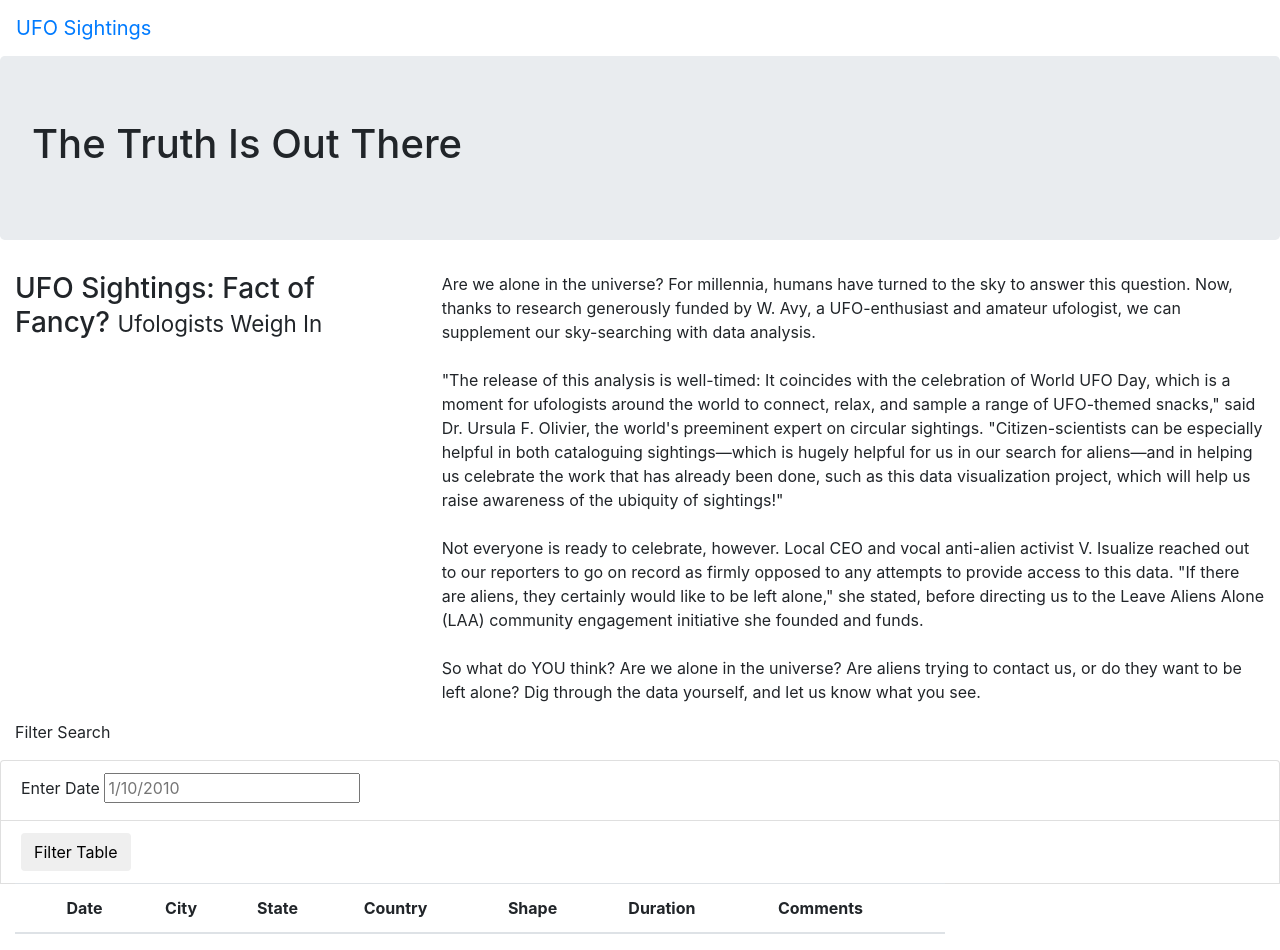
Repository: PaddyHQ/UFOs
Page: index.html
These files come from the project's save history. The page is drawn as it stood at one moment and after the next save; the edit follows.
The browser window is 1280 px wide. The pictures show the whole page.

Above is the page before, as saved 2022-02-02 21:30:07.

### index.html
<!DOCTYPE html>
<html lang="en">
<head>

    <meta charset="UTF-8">
    <meta http-equiv="X-UA-Compatible" content="IE=edge">
    <meta name="viewport" content="width=device-width, initial-scale=1.0">
    <title>Document</title>
    <link
      rel="stylesheet"
      href="https://maxcdn.bootstrapcdn.com/bootstrap/4.0.0/css/bootstrap.min.css"
      integrity="sha384-Gn5384xqQ1aoWXA+058RXPxPg6fy4IWvTNh0E263XmFcJlSAwiGgFAW/dAiS6JXm"
      crossorigin="anonymous"
    />
    <link rel="stylesheet" href="static/css/style.css">
</head>
<body>
    <div class="wrapper">
        <nav class="navbar navbar-expand-lg">
            <a class="navbar-brand" href="index.html">UFO Sightings</a>
        </nav>
    </div>
    <div class="jumbotron">
        <h1>The Truth Is Out There</h1>
      </div>
      <div class="container-fluid">
        <div class="row">
          <div class="col-md-4">
            <h3>UFO Sightings: Fact of Fancy? <small>Ufologists Weigh In</small></h3>
          </div>
          <div class="col-md-8">
            <p>
              Are we alone in the universe? For millennia, humans have turned to the sky to answer this question. Now, thanks to research generously funded by W. Avy, a UFO-enthusiast and amateur ufologist, we can supplement our sky-searching with data analysis.<br><br>"The release of this analysis is well-timed: It coincides with the celebration of World UFO Day, which is a moment for ufologists around the world to connect, relax, and sample a range of UFO-themed snacks," said Dr. Ursula F. Olivier, the world's preeminent expert on circular sightings. "Citizen-scientists can be especially helpful in both cataloguing sightings—which is hugely helpful for us in our search for aliens—and in helping us celebrate the work that has already been done, such as this data visualization project, which will help us raise awareness of the ubiquity of sightings!"<br><br>Not everyone is ready to celebrate, however. Local CEO and vocal anti-alien activist V. Isualize reached out to our reporters to go on record as firmly opposed to any attempts to provide access to this data. "If there are aliens, they certainly would like to be left alone," she stated, before directing us to the Leave Aliens Alone (LAA) community engagement initiative she founded and funds.<br><br>So what do YOU think? Are we alone in the universe? Are aliens trying to contact us, or do they want to be left alone? Dig through the data yourself, and let us know what you see.
            </p>
          </div>
        </div>
      </div>
      <div class="container-fluid">
        <div class="row">
          <div class="col-md-3">
            <form>
                <p>Filter Search</p>
              </form>
          </div>
          <div class="col-md-9">

          </div>
        </div>
      </div>
    <ul class="list-group">
        <li class="list-group-item">
            <label for="date">Enter Date</label>
            <input type="text" placeholder="1/10/2010" id="datetime" />
        </li>
        <li class="list-group-item">
            <button id="filter-btn" type="button" class="btn btn-default">Filter Table</button>
        </li>
        <div class="col-md-9">
            <table class="table table-striped">
            <thead>
                <tr>
                <th>
                    <th>Date</th>
                    <th>City</th>
                    <th>State</th>
                    <th>Country</th>
                    <th>Shape</th>
                    <th>Duration</th>
                    <th>Comments</th>
                </th>
                </tr>
            </thead>
            <tbody></tbody>
            </table>
        </div>
    </ul>
</body>
</html>

Loaded but not shown: static/css/style.css (no copy from this time; the picture is the same without it)

After the next save:
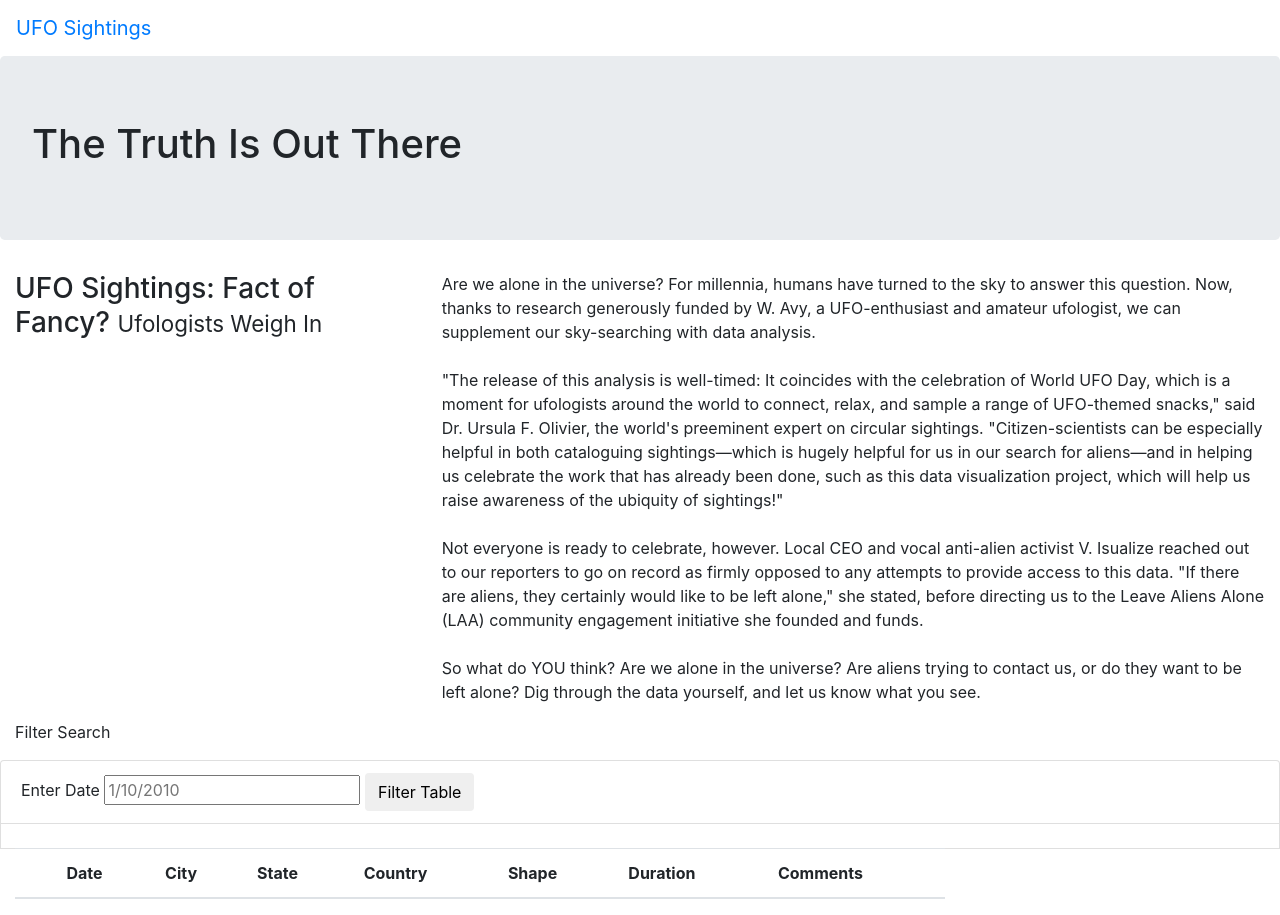
Saved 31 s later.
--- a/index.html
+++ b/index.html
@@ -51,28 +51,29 @@
         <li class="list-group-item">
             <label for="date">Enter Date</label>
             <input type="text" placeholder="1/10/2010" id="datetime" />
+            <button id="filter-btn" type="button" class="btn btn-default">Filter Table</button>
         </li>
         <li class="list-group-item">
-            <button id="filter-btn" type="button" class="btn btn-default">Filter Table</button>
+
         </li>
-        <div class="col-md-9">
-            <table class="table table-striped">
-            <thead>
-                <tr>
-                <th>
-                    <th>Date</th>
-                    <th>City</th>
-                    <th>State</th>
-                    <th>Country</th>
-                    <th>Shape</th>
-                    <th>Duration</th>
-                    <th>Comments</th>
-                </th>
-                </tr>
-            </thead>
-            <tbody></tbody>
-            </table>
-        </div>
+    <div class="col-md-9">
+        <table class="table table-striped">
+          <thead>
+            <tr>
+            <th>
+                <th>Date</th>
+                <th>City</th>
+                <th>State</th>
+                <th>Country</th>
+                <th>Shape</th>
+                <th>Duration</th>
+                <th>Comments</th>
+            </th>
+            </tr>
+          </thead>
+          <tbody></tbody>
+        </table>
+      </div>
     </ul>
 </body>
 </html>
